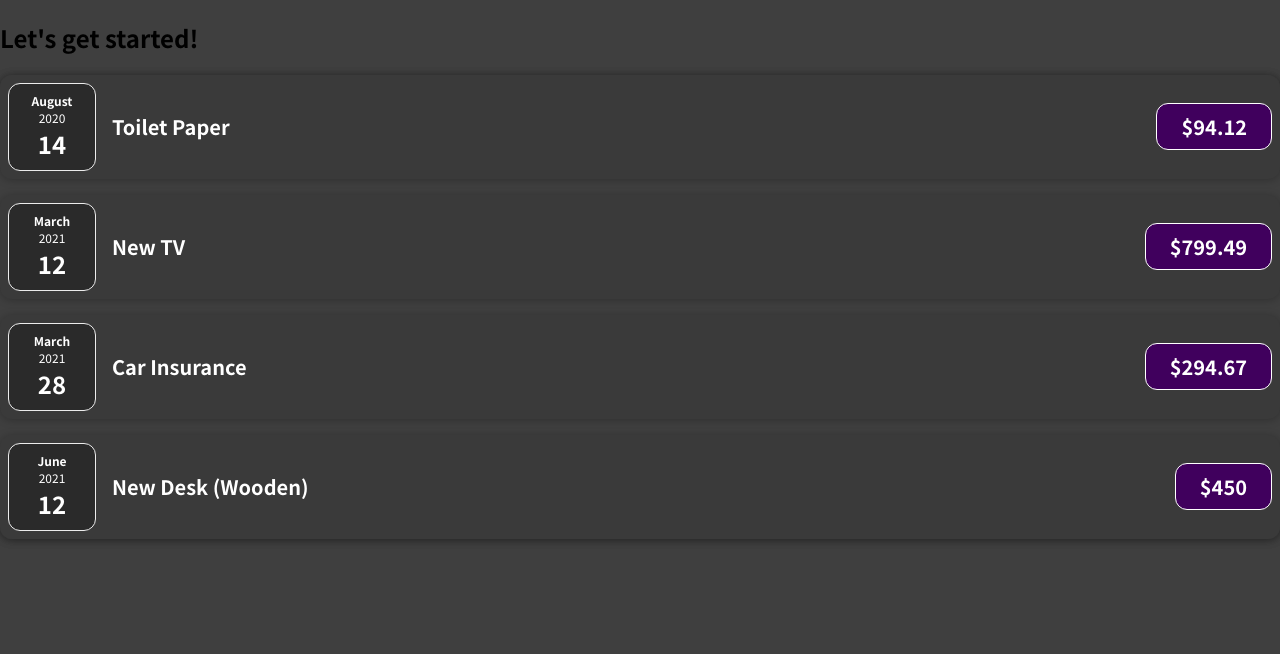
Repository: pial0007l/React
Page: / (app in 01-starting-setup/)
The author's editor kept a copy of each file at every save. The page is drawn from the files as they stood at one save, then again after the next save.
The browser window is 1280 px wide. The pictures show the whole page.
The project was rebuilt for these pictures with package versions that can differ from the ones it lists, and the page was loaded fresh each time.

Above is the page before, as saved 2021-07-03 20:10:28.

### 01-starting-setup/src/App.js
import Expenses from './components/Expenses'

function App() {
  const expenses = [
    {
      id: 'e1',
      title: 'Toilet Paper',
      amount: 94.12,
      date: new Date(2020, 7, 14),
    },
    { id: 'e2', title: 'New TV', amount: 799.49, date: new Date(2021, 2, 12) },
    {
      id: 'e3',
      title: 'Car Insurance',
      amount: 294.67,
      date: new Date(2021, 2, 28),
    },
    {
      id: 'e4',
      title: 'New Desk (Wooden)',
      amount: 450,
      date: new Date(2021, 5, 12),
    },
  ];
  return (
    <div>
      <h2>Let's get started!</h2>
      <Expenses expenses = {expenses}/>
    </div>
  );
}

export default App;

### 01-starting-setup/src/components/Expenses.js
import ExpenseItem from './ExpenseItem'
import './ExpenseItem.css'
import Card from './Card';


function Expenses(props){
    return(
        <Card className = "expenses">
            <ExpenseItem
                title = {props.expenses[0].title}
                date = {props.expenses[0].date}
                amount = {props.expenses[0].amount}
            />
            <ExpenseItem
                title = {props.expenses[1].title}
                date = {props.expenses[1].date}
                amount = {props.expenses[1].amount}
            />
            <ExpenseItem
                title = {props.expenses[2].title}
                date = {props.expenses[2].date}
                amount = {props.expenses[2].amount}
            />
            <ExpenseItem
                title = {props.expenses[3].title}
                date = {props.expenses[3].date}
                amount = {props.expenses[3].amount}
            />
        </Card>
    );
}

export default Expenses;

### 01-starting-setup/src/components/ExpenseItem.js
import './ExpenseItem.css'
import ExpenseDate from './ExpenseDate'
import Card from './Card';

function ExpenseItem(props){

    return (
        <Card className="expense-item">
             <ExpenseDate date = {props.date}/>
             <div className='expense-item__description'>
                 <h2>{props.title}</h2>
                 <div className='expense-item__price'>${props.amount}</div>
             </div>
        </Card>

    );
}

export default ExpenseItem;

### 01-starting-setup/src/components/Expenses/ExpenseItem.css
.expense-item {
    display: flex;
    justify-content: space-between;
    align-items: center;
    background-color: #3a3a3a;
    padding: 0.5rem;
    margin: 1rem 0;
  }

  .expense-item__description {
    display: flex;
    flex-direction: column;
    gap: 1rem;
    align-items: flex-end;
    flex-flow: column-reverse;
    justify-content: flex-start;
    flex: 1;
  }

  .expense-item h2 {
    color: #3a3a3a;
    font-size: 1rem;
    flex: 1;
    margin: 0 1rem;
    color: white;
  }

  .expense-item__price {
    font-size: 1rem;
    font-weight: bold;
    color: white;
    background-color: #40005d;
    border: 1px solid white;
    padding: 0.5rem;
    border-radius: 12px;
  }

  @media (min-width: 580px) {
    .expense-item__description {
      flex-direction: row;
      align-items: center;
      justify-content: flex-start;
      flex: 1;
    }

    .expense-item__description h2 {
      font-size: 1.25rem;
    }

    .expense-item__price {
      font-size: 1.25rem;
      padding: 0.5rem 1.5rem;
    }
  }

### 01-starting-setup/src/components/Card.js
import './Card.css';

function Card(props){
    const classes = 'card ' + props.className;
    return <div className={classes}>{props.children}</div>
}

export default Card;

### 01-starting-setup/src/components/ExpenseDate.js
import './ExpenseDate.css'

function ExpenseDate(props){
    const month = props.date.toLocaleString('en-US',{month: 'long'});
    const day  = props.date.toLocaleString('en-US',{day: '2-digit'});
    const year = props.date.getFullYear();

    return(
            <div className= "expense-date">
                 <div className="expense-date__month">{month}</div>
                 <div className="expense-date__year">{year}</div>
                 <div className="expense-date__day">{day}</div>
             </div>
    )
}

export default ExpenseDate;

### 01-starting-setup/src/components/Expenses.css
.expenses {
    padding: 1rem;
    background-color: rgb(31, 31, 31);
    margin: 2rem auto;
    width: 50rem;
    max-width: 95%;
}

Loaded but not shown: 01-starting-setup/public/index.html (common file); 01-starting-setup/src/index.js (common file); 01-starting-setup/src/index.css (common file); 01-starting-setup/src/components/Card.css (common file); 01-starting-setup/src/components/ExpenseDate.css (common file)

After the next save:
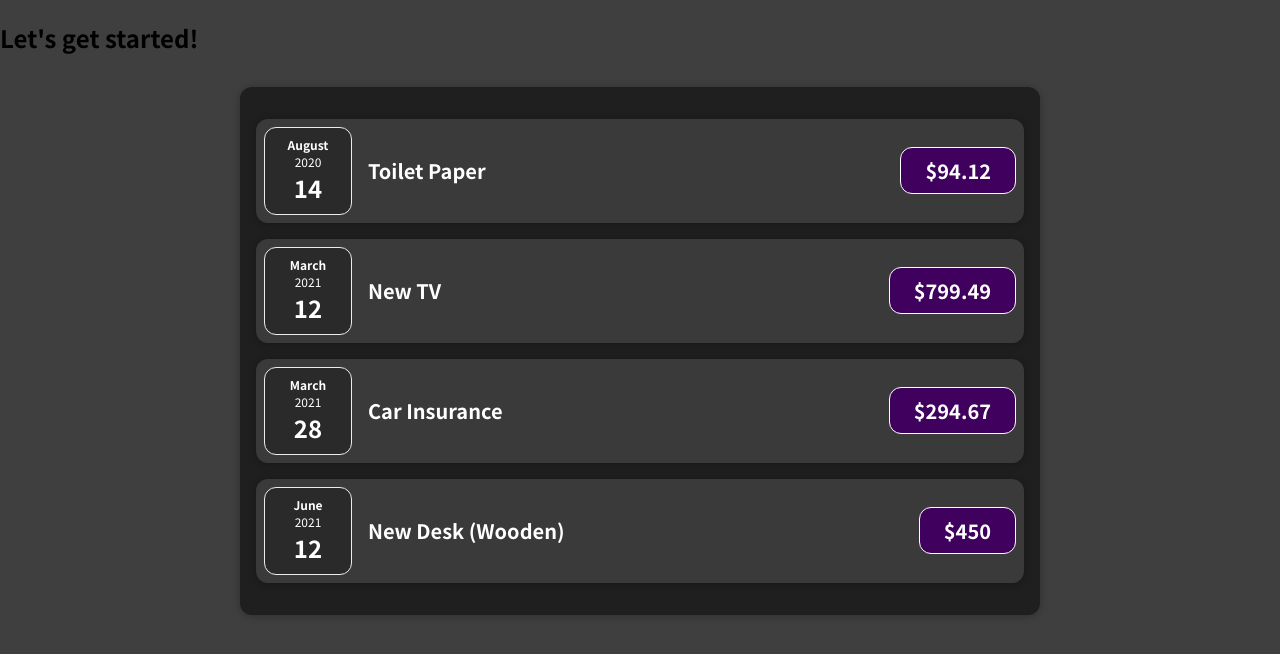
Saved 2 min 25 s later.
--- a/01-starting-setup/src/components/Expenses.js
+++ b/01-starting-setup/src/components/Expenses.js
@@ -1,5 +1,5 @@
 import ExpenseItem from './ExpenseItem'
-import './ExpenseItem.css'
+import './Expenses.css'
 import Card from './Card';
 
 
